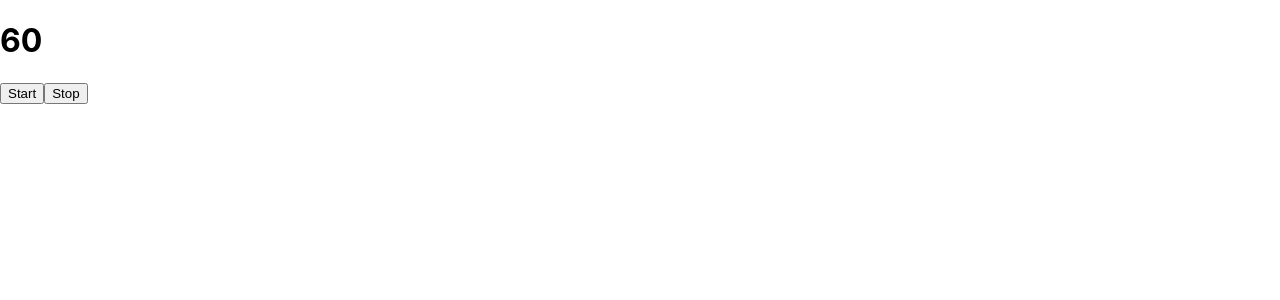
Repository: codysun1912/code
Page: / (app in react-webpack/tiktok/)
The author's editor kept a copy of each file at every save. The page is drawn from the files as they stood at one save, then again after a run of saves.
The browser window is 1280 px wide. The pictures show the whole page.
The project was rebuilt for these pictures with package versions that can differ from the ones it lists, and the page was loaded fresh each time.

Above is the page before, as saved 2022-03-15 18:29:24.

### react-webpack/tiktok/src/App.js
import {useState} from "react";




function App() {
  const [count , setCount] =useState(60)

  const handleClickStart = () =>{
    setInterval(() =>{
      setCount(prev => prev -1)
    } , 1000)

  }
  const handleClickStop = () =>{

  }


  return (
    <div className="App">
    <h1>{count}</h1>
    <button onClick ={handleClickStart}>Start</button>
    <button onClick={handleClickStop}>Stop</button>
    </div>
  )
}

export default App;

Loaded but not shown: react-webpack/tiktok/public/index.html (common file); react-webpack/tiktok/src/index.js (common file); react-webpack/tiktok/src/index.css (common file); react-webpack/tiktok/src/reportWebVitals.js (common file)

After the next 2 saves:
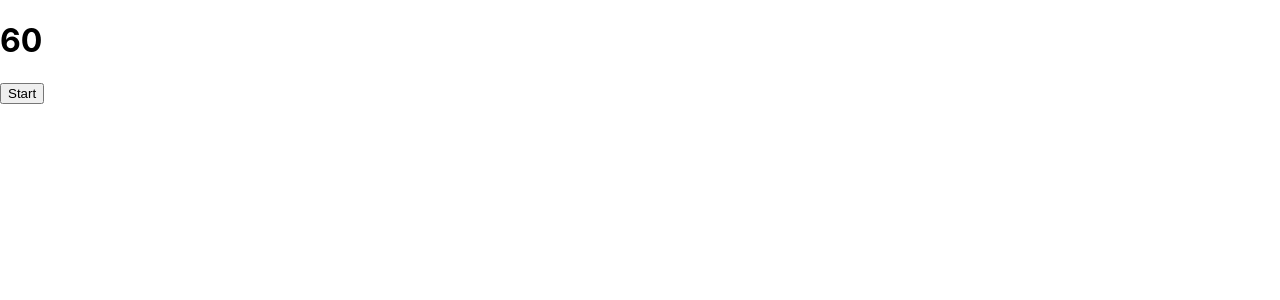
The 2 saves are shown as one change because 1 did not build or start.
The last was saved 22 s later.
--- a/react-webpack/tiktok/src/App.js
+++ b/react-webpack/tiktok/src/App.js
@@ -12,16 +12,16 @@
     } , 1000)
 
   }
-  const handleClickStop = () =>{
+  // const handleClickStop = () =>{
 
-  }
+  // }
 
 
   return (
     <div className="App">
     <h1>{count}</h1>
     <button onClick ={handleClickStart}>Start</button>
-    <button onClick={handleClickStop}>Stop</button>
+    {/* <button onClick={handleClickStop}>Stop</button> */}
     </div>
   )
 }

After the save that followed:
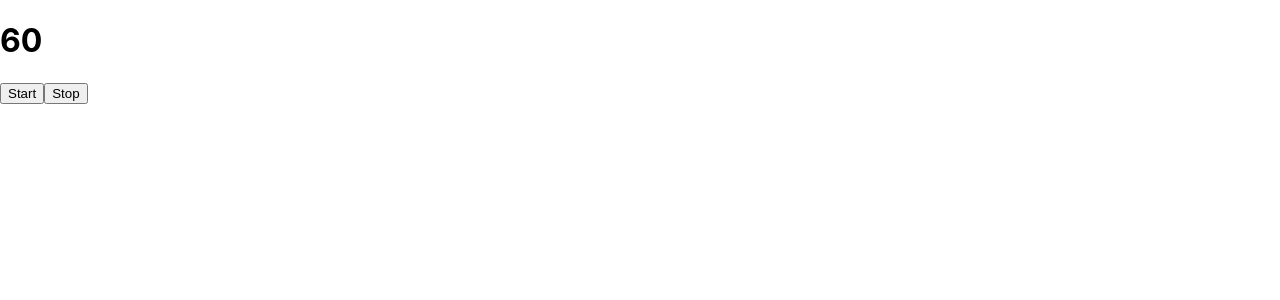
Saved 89 s later.
--- a/react-webpack/tiktok/src/App.js
+++ b/react-webpack/tiktok/src/App.js
@@ -12,16 +12,16 @@
     } , 1000)
 
   }
-  // const handleClickStop = () =>{
+  const handleClickStop = () =>{
 
-  // }
+  }
 
 
   return (
     <div className="App">
     <h1>{count}</h1>
     <button onClick ={handleClickStart}>Start</button>
-    {/* <button onClick={handleClickStop}>Stop</button> */}
+    <button onClick={handleClickStop}>Stop</button>
     </div>
   )
 }
